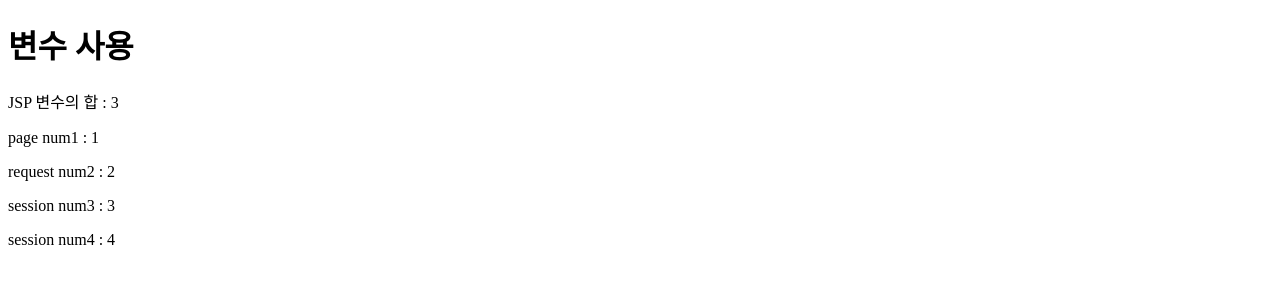
Repository: dnwpdud/WEB_CODES
Page: http://localhost/Web07_EL_JSTL/01_Expression_Language/01_basic.jsp
These files come from the project's save history. The page is drawn as it stood at one moment and after the next save; the edit follows.
The browser window is 1280 px wide. The pictures show the whole page.
The page is served by Tomcat 9.

Above is the page before, as saved 2024-04-05 06:49:52.

After the next save:
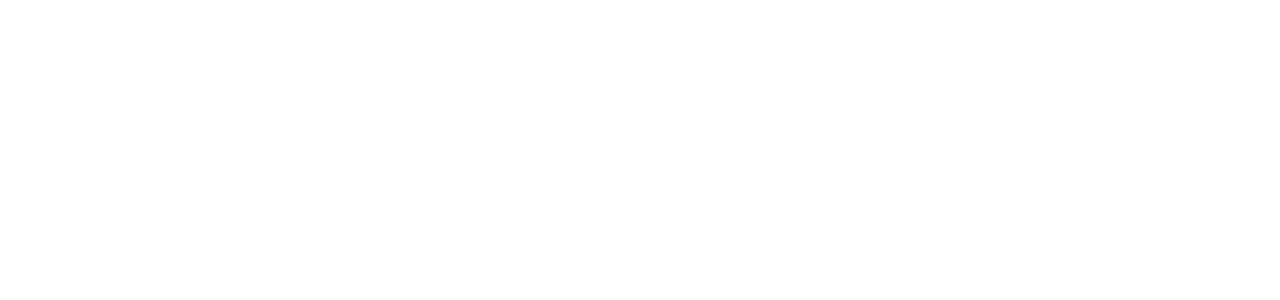
Saved 7 s later.
--- a/Web07_EL_JSTL/src/main/webapp/01_Expression_Language/01_basic.jsp
+++ b/Web07_EL_JSTL/src/main/webapp/01_Expression_Language/01_basic.jsp
@@ -46,12 +46,6 @@
 	 	int number2 = (Integer) request.getAttribute("num2");
 	 %>
 
-	 <h1>변수 사용</h1>
-	 <p>JSP 변수의 합 : <%=number1 + number2 %></p>
-	 <p>page num1 : ${num1 }</p><%-- pageContext.getAttribute("num1") --%>
-	 <p>request num2 : ${num2 }</p><%-- request.getAttribute("num2") --%>
-	 <p>session num3 :  ${num3 }</p><%-- session.getAttribute("num3") --%>
-	 <p>session num4 : ${num4 }</p><%-- application.getAttribute("num4") --%>
 
 </body>
 </html>

After the 2 saves that followed:
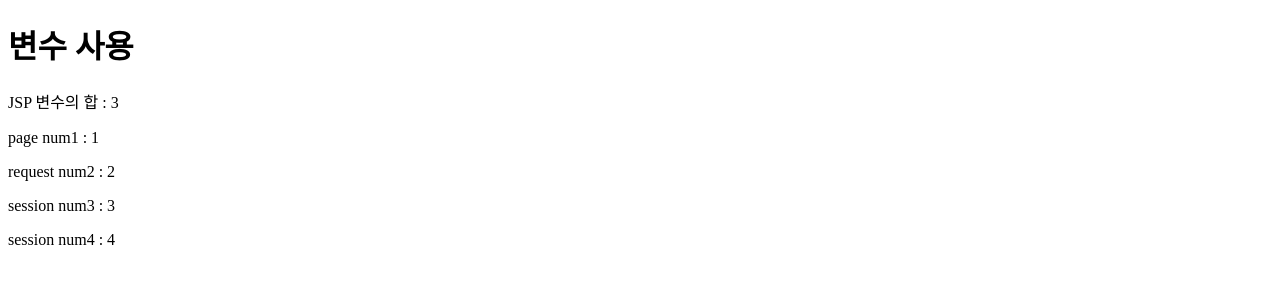
The 2 saves are shown as one change because 1 left the picture as it was.
The last was saved 63 s later.
--- a/Web07_EL_JSTL/src/main/webapp/01_Expression_Language/01_basic.jsp
+++ b/Web07_EL_JSTL/src/main/webapp/01_Expression_Language/01_basic.jsp
@@ -19,7 +19,7 @@
 		EL 기본 객체
 		- pageContext : JSP의 page 기본 객체와 동일
 		- pageScope : page 기본 객체에 저장된 속성의 <속성, 값>
-			매핑을 저장한 Map 객체// map은 키 벨류방식이다.
+			매핑을 저장한 Map 객체 map은 키 벨류방식이다.
 		- requestScope : request 기본 객체에 저장된 속성의 <속성, 값>
 			매핑을 저장한 Map 객체
 		- sessionScope : session 기본 객체에 저장된 속성의 <속성, 값>
@@ -46,6 +46,12 @@
 	 	int number2 = (Integer) request.getAttribute("num2");
 	 %>
 
+	 <h1>변수 사용</h1>
+	 <p>JSP 변수의 합 : <%=number1 + number2 %></p>
+	 <p>page num1 : ${num1 }</p><%-- pageContext.getAttribute("num1") --%>
+	 <p>request num2 : ${num2 }</p><%-- request.getAttribute("num2") --%>
+	 <p>session num3 :  ${num3 }</p><%-- session.getAttribute("num3") --%>
+	 <p>session num4 : ${num4 }</p><%-- application.getAttribute("num4") --%>
 
 </body>
 </html>
